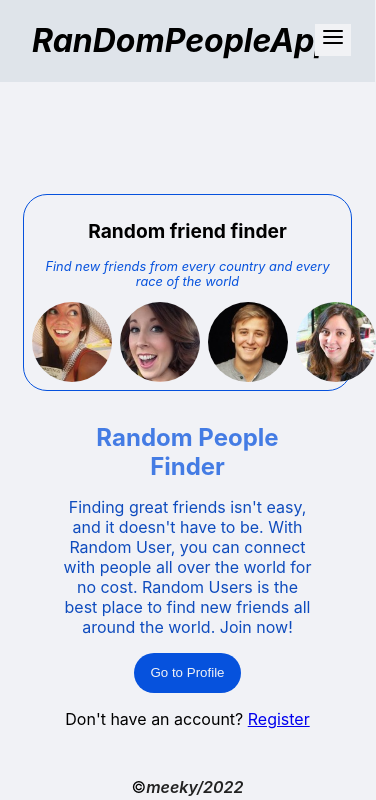
Repository: MikkyPrestige/RandomProfiles
Page: /
These files come from the project's save history. The page is drawn as it stood at one moment and after the next save; the edit follows.
The browser window is 375 px wide. The page is 376 px wide, then 375 px, so the pictures cover 376 px, including what lies to the right of the window. The pictures show the whole page.
The project was rebuilt for these pictures with package versions that can differ from the ones it lists, and the page was loaded fresh each time. Also part of the build but not shown: src/components/users.jsx, src/assets/styles/search.css, src/components/search.jsx, src/assets/styles/help.css, src/components/help.jsx, src/assets/styles/about.css, src/components/about.jsx, src/assets/styles/error.css and 9 more.

Above is the page before, as saved 2022-12-07 02:34:53.

After the next save:
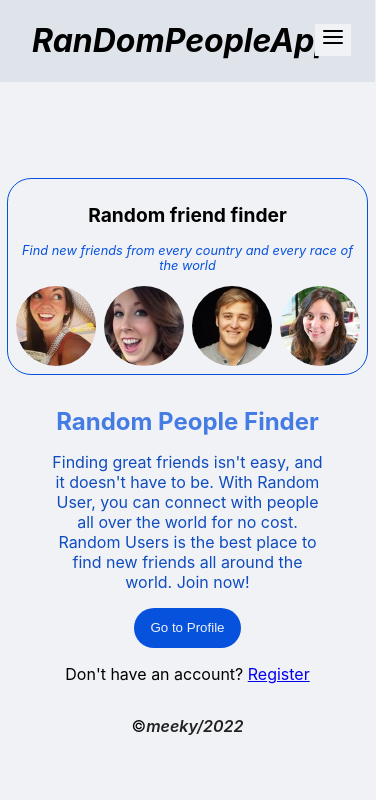
Saved 70 s later.
--- a/src/assets/styles/home.css
+++ b/src/assets/styles/home.css
@@ -108,6 +108,9 @@
 }
 
 @media screen and (max-width: 500px) {
+  .home {
+    padding: 1rem;
+  }
   .home__wrapper {
     width: 100%;
   }
